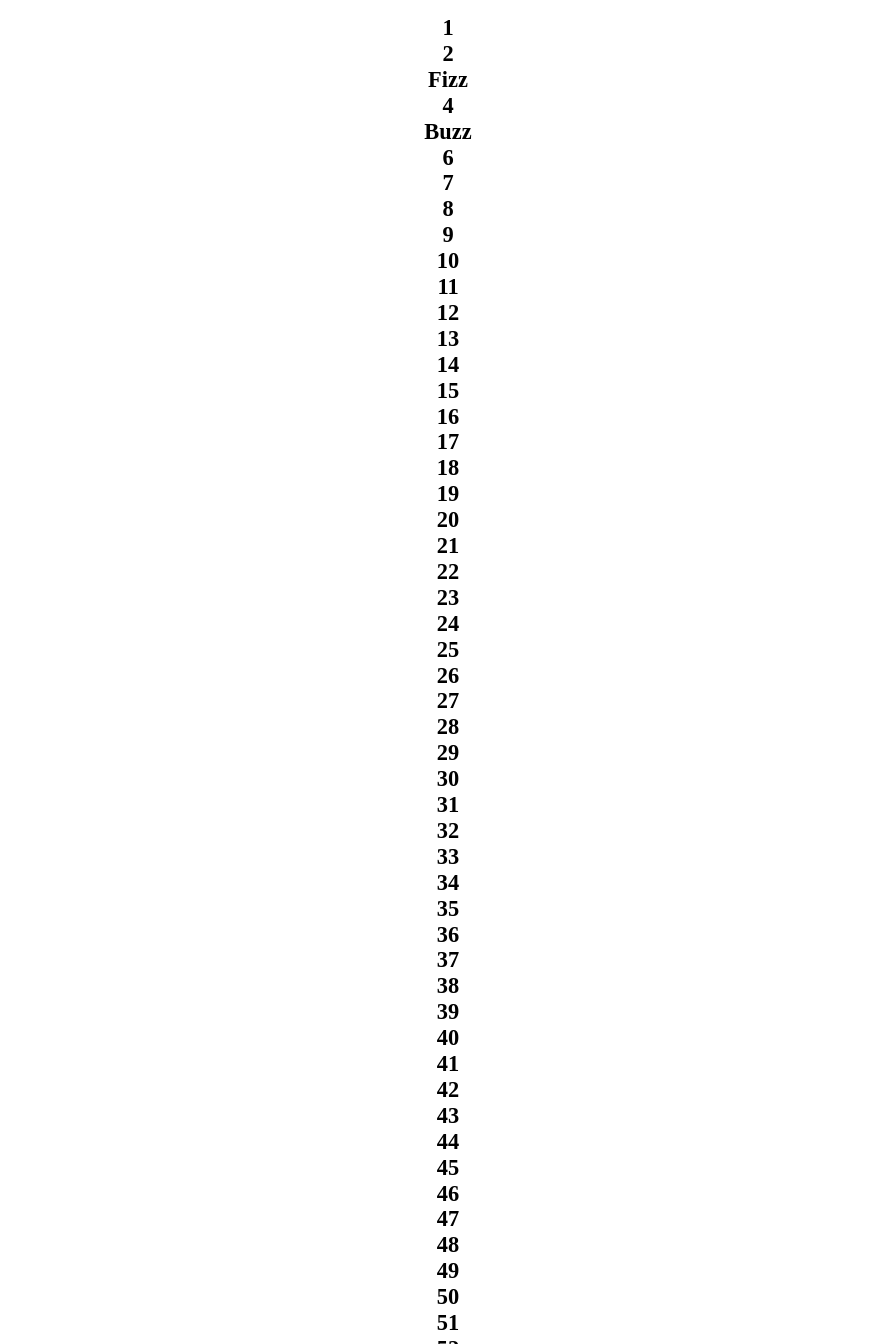
Repository: Lexscher/PHP-practice
Page: http://localhost/
The author's editor kept a record of every edit. The page is drawn from the files as they stood at one moment, then again after the next edit.
The browser window is 1280 px wide. The pictures show the part of the page from y = 0 to 1920 px (the page is 3706 px tall), at 70% of full size.
The page is run by PHP 8.4 with error messages shown; the project is at /var/www/html/.

Above is the page before.

### index.php
<!DOCTYPE html>
<html>
    <head>
        <title>My php website!</title>
    </head>
</html>

<body>

    <center>

        <h1>
               <?php
                // While Loops!

                $a = 1;

                while( $a < 100 ){
                    if ($a == 3 and $a == 5 ) :
                        echo "FizzBuzz";
                    elseif ($a == 3) :
                        echo "Fizz";
                     elseif ($a == 5) :
                        echo "Buzz";
                    else :
                        echo $a;
                    endif;
                    echo "<br />";
                    $a++;
                }


                ?>
        </h1>

    </center>

</body>

After the next edit:
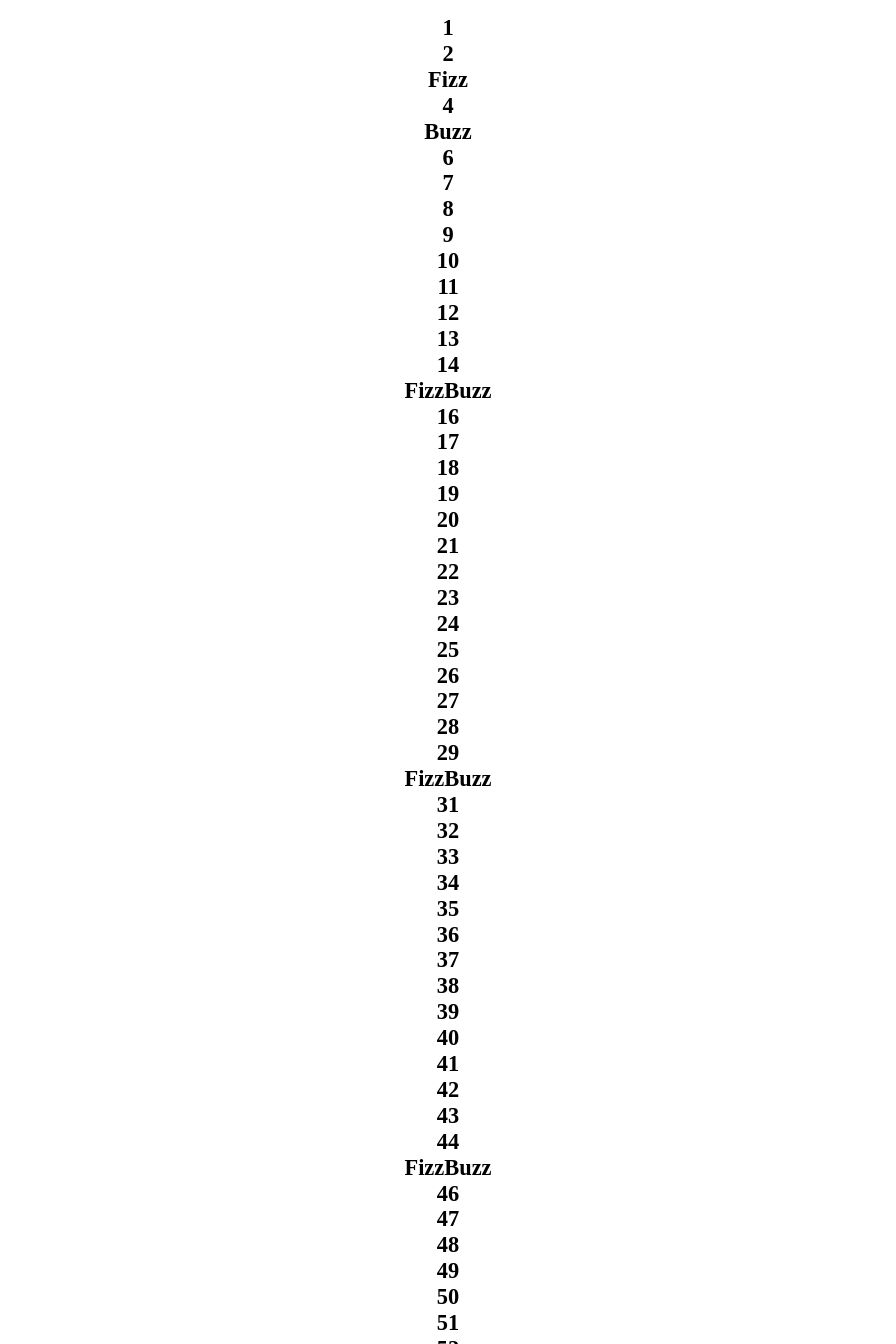
The edit:
--- a/index.php
+++ b/index.php
@@ -16,7 +16,7 @@
                 $a = 1;
 
                 while( $a < 100 ){
-                    if ($a == 3 and $a == 5 ) :
+                    if ($a % 3 == 0 and $a % 5== 0 ) :
                         echo "FizzBuzz";
                     elseif ($a == 3) :
                         echo "Fizz";
